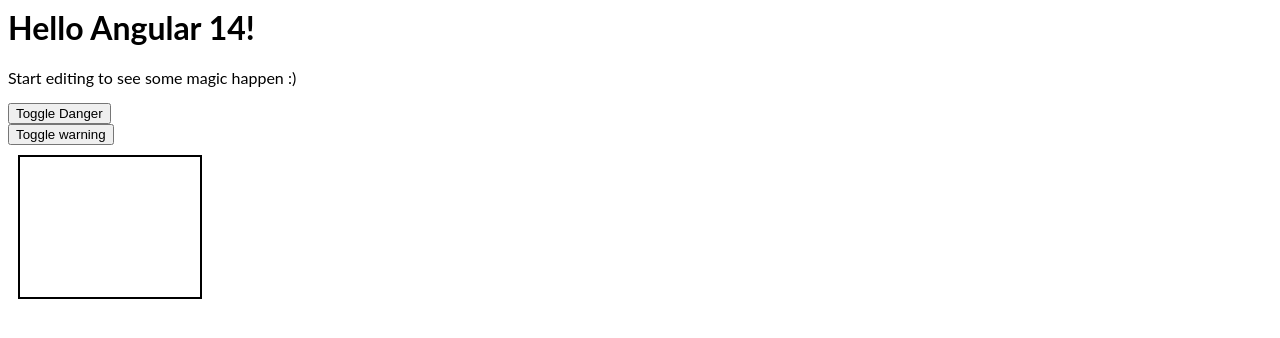
Repository: leduc24/baitap-angular100day
Page: / (app in angular_bai6/)
The author's editor kept a copy of each file at every save. The page is drawn from the files as they stood at one save, then again after the next save.
The browser window is 1280 px wide. The pictures show the whole page.
The project was rebuilt for these pictures with package versions that can differ from the ones it lists, and the page was loaded fresh each time. Also part of the build but not shown: angular_bai6/angular.json.

Above is the page before, as saved 2022-07-03 15:37:10.

After the next save:
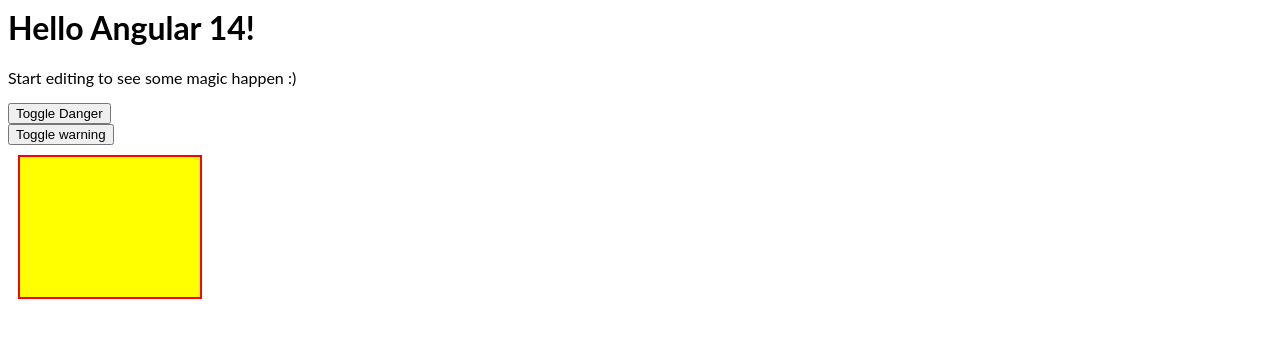
Saved 3 min 19 s later.
--- a/angular_bai6/src/app/app.component.html
+++ b/angular_bai6/src/app/app.component.html
@@ -14,5 +14,7 @@
 <button (click) = "isDanger = !isDanger"> Toggle Danger</button>
 <br>
 <button (click) = "isWarning = !isWarning "> Toggle warning</button>
-
-<div class = "box" [class.red-border] = "isDanger" [class.yellow-background] = "isWarning"></div>
+<!--
+  <div class = "box" [class] = "['red-border','yellow-background']"></div>
+-->
+<div class = "box" [class] = "['red-border','yellow-background']"></div>

After the save that followed:
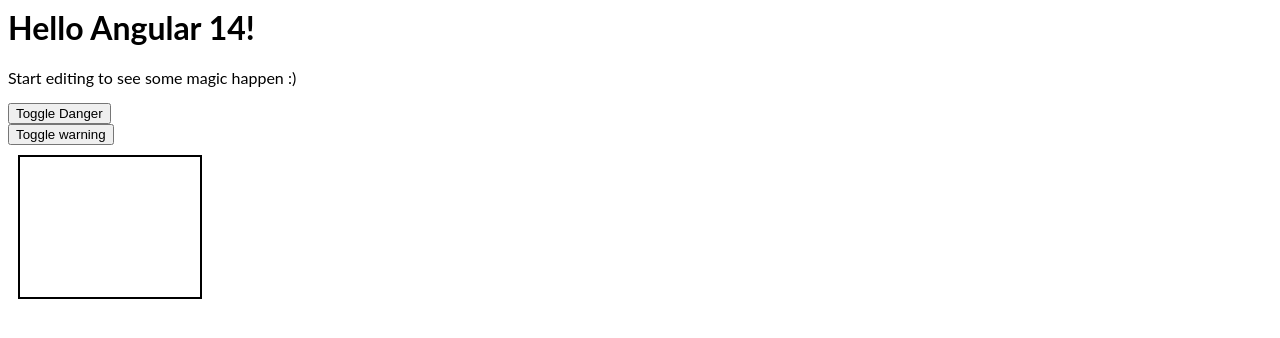
Saved 4 min 33 s later.
--- a/angular_bai6/src/app/app.component.html
+++ b/angular_bai6/src/app/app.component.html
@@ -15,6 +15,13 @@
 <br>
 <button (click) = "isWarning = !isWarning "> Toggle warning</button>
 <!--
-  <div class = "box" [class] = "['red-border','yellow-background']"></div>
+
+ Dùng array: <div class = "box" [class] = "['red-border','yellow-background']"></div>
+ Dùng Object: <div class = "box" [class] = "{'red-border': isDanger, 'yellow-background': isWarning}"></div>
+
+ - [class.ten-class]
+ - [class] = "array"
+ - [class] = "object"
+
 -->
-<div class = "box" [class] = "['red-border','yellow-background']"></div>
+<div class = "box" [class.red-border] = "isDanger" [class.yellow-background] = "isWarning"></div>
